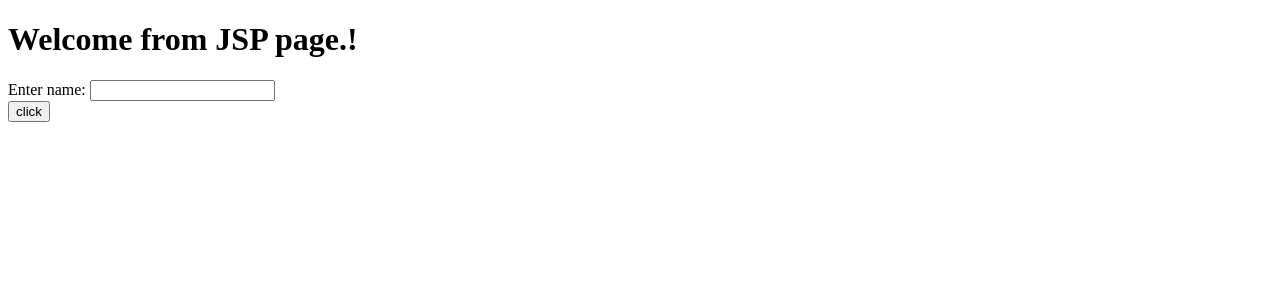
Repository: Rajivkumar2023/java-practice
Page: http://localhost/jspEL/ELdemo.jsp
An editor plug-in stored every save of this project. The page is shown before and after the next save, followed by the edit.
The browser window is 1280 px wide. The pictures show the whole page.
The page is served by Tomcat 9.

Above is the page before, as saved 2024-08-01 09:59:20.

### jspEL/src/main/webapp/ELdemo.jsp
<%@ page language="java" contentType="text/html; charset=UTF-8"
    pageEncoding="UTF-8"%>
<!DOCTYPE html>
<html>
<head>
<meta charset="UTF-8">
<title>JSP Demo</title>
</head>
<body>
<h1> Welcome from JSP page.!</h1>
<form action="process.jsp">
Enter name: <input type="text" name="name"/>
<br>
<input type="submit" value="click"/>

</form>
</body>
</html>

After the next save:
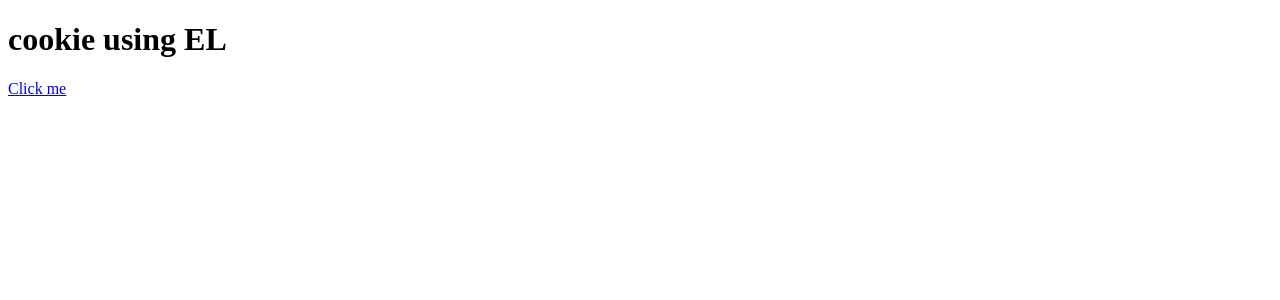
Saved 8 min 50 s later.
--- a/jspEL/src/main/webapp/ELdemo.jsp
+++ b/jspEL/src/main/webapp/ELdemo.jsp
@@ -7,12 +7,24 @@
 <title>JSP Demo</title>
 </head>
 <body>
+
+<!--
 <h1> Welcome from JSP page.!</h1>
 <form action="process.jsp">
 Enter name: <input type="text" name="name"/>
 <br>
 <input type="submit" value="click"/>
+</form>
 
-</form>
+-->
+
+
+<h1>cookie using EL</h1>
+<%
+	Cookie ck = new Cookie("name", "Portia");
+	response.addCookie(ck);
+
+%>
+<a href="process.jsp">Click me</a>
 </body>
 </html>
